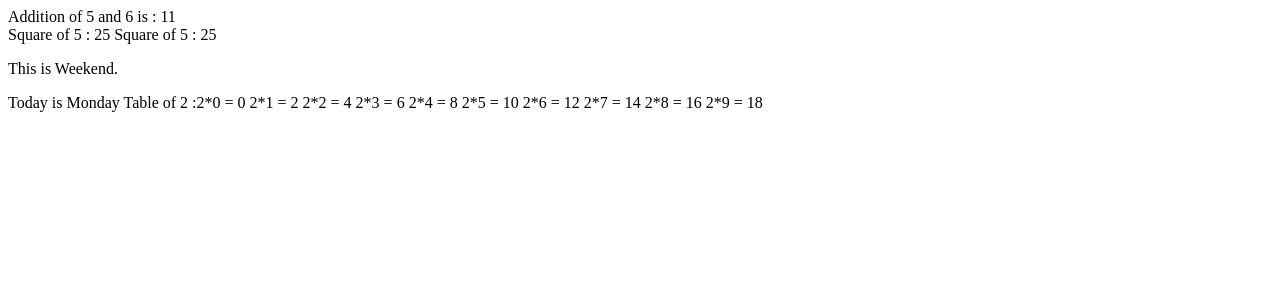
Repository: Shivanishinde8225/User-Managment-System
Page: http://localhost/JspDemo/Demo.jsp
The author's editor kept a copy of each file at every save. The page is drawn from the files as they stood at one save, then again after the next save.
The browser window is 1280 px wide. The pictures show the whole page.
The page is served by Tomcat 9.

Above is the page before, as saved 2023-04-01 05:35:35.

### JspDemo/webapp/Demo.jsp
<%@ page language="java" contentType="text/html; charset=UTF-8"
    pageEncoding="UTF-8"%>
<!DOCTYPE html>
<html>
<head>
<meta charset="UTF-8">
<title>Insert title here</title>
</head>
<body>
	<%!
		int add(int x,int y){
			return x+y;
	    }
		int square(int n){
			return n*n;
		}
	%>
	<%= "Addition of 5 and 6 is : "+add(5, 6) %><br>
	<%= "Square of 5 : "+square(5) %>

	<%out.print("Square of 5 : "+square(5) );%><br>

	<%-- This is comments --%>

	<%! int day = 6; %>
	<%if(day == 6 || day == 7){%>
		<p>This is Weekend.</p>
	<%}else{%>
		<p>This is not Weekend.</p>
	<%}%>

	<%--This is comments --%>

	<%!String days = "mon" ; %>
	<%switch(days){
	case "mon":
		out.print("Today is Monday");
		break;
	case "tue":
		out.print("Today is Tusday");
		break;
	case "wed":
		out.print("Today is Wednesday");
		break;
	case "thu":
		out.print("Today is Thrusday");
		break;
	case "fri":
		out.print("Today is Friday");
		break;
	case "sat":
		out.print("Today is Saturday");
		break;
	case "sun":
		out.print("Today is Sunday");
		break;
	default:
		out.print("invalid input");
	} %>

	<%out.print("Table of 2 :");
	for(int i = 0; i < 10; i++){
		out.print("2"+"*"+i+" = "+(2*i)+"\n");

	} %>
</body>
</html>

After the next save:
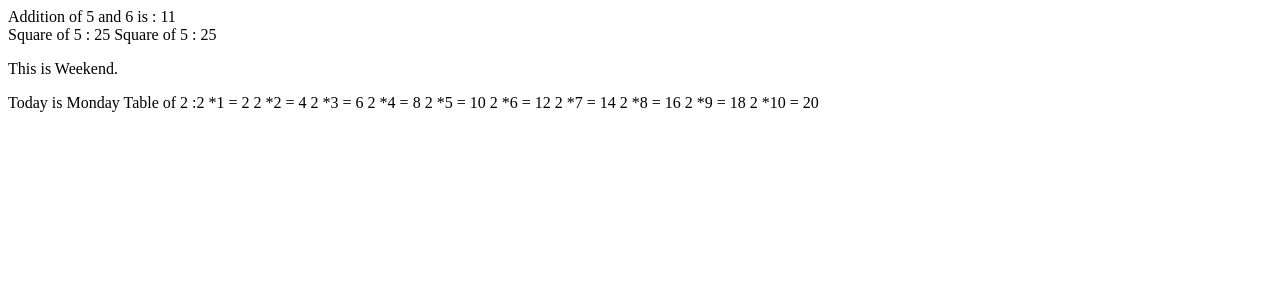
Saved 85 s later.
--- a/JspDemo/webapp/Demo.jsp
+++ b/JspDemo/webapp/Demo.jsp
@@ -59,8 +59,8 @@
 	} %>
 
 	<%out.print("Table of 2 :");
-	for(int i = 0; i < 10; i++){
-		out.print("2"+"*"+i+" = "+(2*i)+"\n");
+	for(int i = 1; i <= 10; i++){
+		out.print("2 "+" *"+i+" = "+(2*i)+" \n");
 
 	} %>
 </body>
